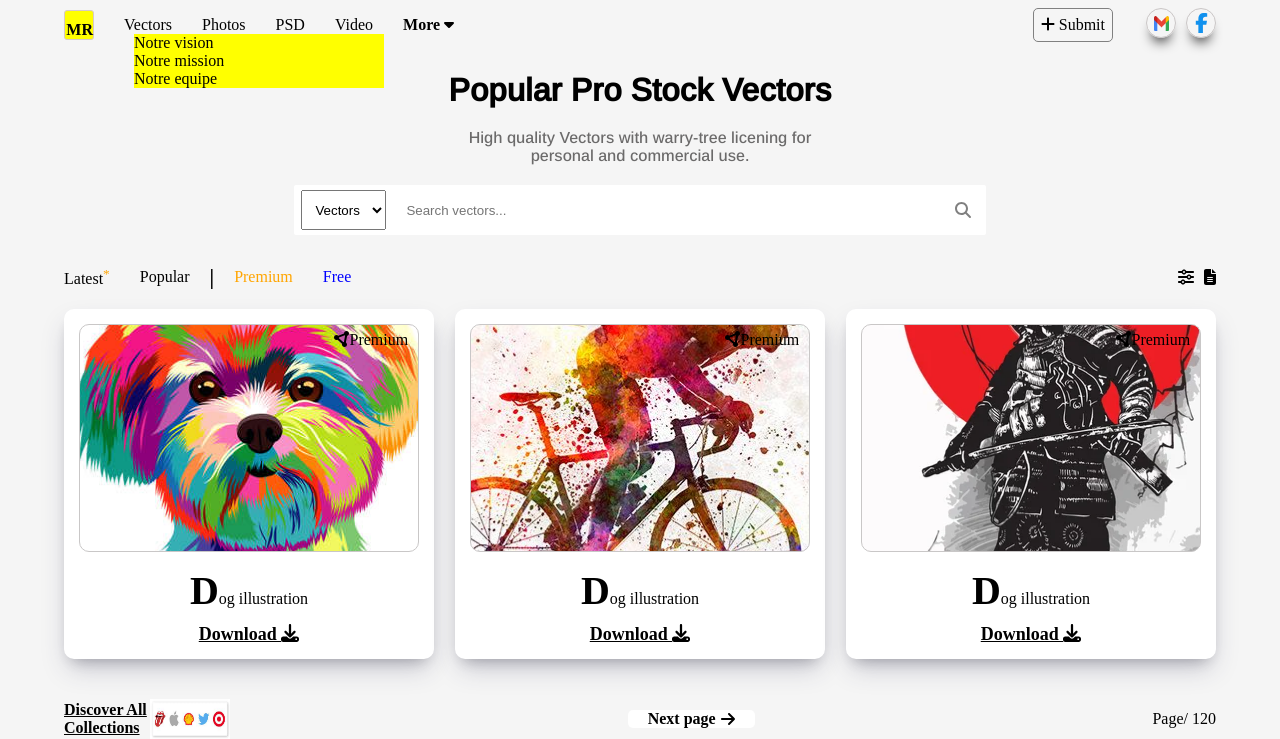
Repository: kegbaDev/VectorTemplate
Page: /
The author's editor kept a copy of each file at every save. The page is drawn from the files as they stood at one save, then again after the next save.
The browser window is 1280 px wide. The pictures show the whole page.
The project was rebuilt for these pictures with package versions that can differ from the ones it lists, and the page was loaded fresh each time. Also part of the build but not shown: vite.config.js.

Above is the page before, as saved 2023-04-14 01:49:21.

### index.html
<!DOCTYPE html>
<html lang="en">
  <head>
    <meta charset="UTF-8" />
    <link rel="icon" href="/favicon.ico" />
    <meta name="viewport" content="width=device-width, initial-scale=1.0" />
    <title>Vite App</title>
  </head>
  <body style="background-color: rgb(245, 245, 245)">
    <div id="app"></div>
    <script type="module" src="/src/main.js"></script>
  </body>
</html>

### src/main.js
import { createApp } from 'vue'
import App from './App.vue'

// fontawesome importation
import '@fortawesome/fontawesome-free/css/all.css'
import '@fortawesome/fontawesome-free/js/all.js'

createApp(App).mount('#app')

### src/App.vue
<template>
<div class="wrapper">
  <div class="navbar">
    <div class="left bounce">
      <div class="logo">MR</div>
      <ul>
        <li>
          Vectors
          <div class="sous_menu">
            <ul class="liens">
              <li class="lien">Notre vision</li>
              <li class="lien">Notre mission</li>
              <li class="lien">Notre equipe</li>
            </ul>
          </div>
        </li>
        <li>Photos</li>
        <li>PSD</li>
        <li>Video</li>
        <li><span class="more" >More</span><i class="fa-solid fa-caret-down"></i></li>
      </ul>
    </div>
    <div class="right">
      <div class="submit">
        <i class="fa-solid fa-plus"></i>
        Submit
      </div>
      <div class="logo_collection">
        <div class="logo_card">
          <img src="./assets/gmail-logo-16.png" alt="google-icon" width="15px" height="15px">
        </div>
        <div class="logo_card">
          <i class="fa-brands fa-facebook-f" style="color: #1191ee; width: 25px;height: 20px;"></i>
        </div>
      </div>
    </div>
  </div>


  <!-- Second component -->


  <div class="text_section">
    <h1 class="title slideInUp">Popular Pro Stock Vectors</h1>
    <p class="paragraph slideInUp">
      High quality Vectors with warry-tree licening for <br>
      personal and commercial use.
    </p>
    <div class="input_card slideInRight">
      <select name="" id="">
        <option value="value1">Vectors</option>
        <option value="value2">Vectors</option>
      </select>
      <input type="text" placeholder="Search vectors... ">
      <i class="fa-solid fa-magnifying-glass" style="color: grey; margin-right: 15px;"></i>
    </div>
  </div>

  <!-- Third component -->

  <div class="row">
    <div class="left-row">
      <ul>
        <li>Latest<sup style="color:orange">*</sup></li>
        <li>Popular</li>
      </ul>
      <span class="pipe">
        |
      </span>
      <ul>
        <li style="color:orange">Premium</li>
        <li style="color:blue">Free</li>
      </ul>
    </div>
    <div class="right-row">
      <i class="fa-solid fa-sliders"></i>
      <i class="fa-solid fa-file-lines"></i>
    </div>
  </div>

  <!-- Fourth component  -->

  <div class="card_content slideInUp">
    <div class="main_card">
      <div class="image_and_text_space">
        <i class="fa-solid fa-circle-nodes"></i>Premium
      </div>
      <p style="margin-bottom: 10px;"><span style="text-transform: uppercase; font-weight: bolder; font-size: 40px;">D</span>og illustration</p>
      <p class="download">Download <i class="fa-solid fa-download"></i></p>
    </div>
    <div class="main_card">
      <div class="image_and_text_space2">
        <i class="fa-solid fa-circle-nodes"></i>Premium
      </div>
      <p style="margin-bottom: 10px;"><span style="text-transform: uppercase; font-weight: bolder; font-size: 40px;">D</span>og illustration</p>
      <p class="download">Download <i class="fa-solid fa-download"></i></p>
    </div>
    <div class="main_card">
      <div class="image_and_text_space3">
        <!-- <img src="./assets/154416(1).svg" width="209px" height="300px" alt=""> -->
        <i class="fa-solid fa-circle-nodes"></i>Premium
      </div>
      <p style="margin-bottom: 10px;"><span style="text-transform: uppercase; font-weight: bolder; font-size: 40px;">D</span>og illustration</p>
      <p class="download">Download <i class="fa-solid fa-download"></i></p>
    </div>
    <!-- <div class="main_card">
      <div class="image_and_text_space">
        Premium
      </div>
      <p>Dog illustration</p>
      <p class="download">Download<i class="fa-solid fa-download"></i></p>
    </div>
    <div class="main_card">
      <div class="image_and_text_space">
        Premium
      </div>
      <p>Dog illustration</p>
      <p class="download">Download<i class="fa-solid fa-download"></i></p>
    </div> -->
  </div>

  <!-- Last component -->
  <div class="last_row">
    <div class="start">
      <div class="part">
        Discover All <br>
        Collections
      </div>
      <img src="./assets/imagesfinal.jpg" alt="" style="width: 80px; height: 40px;">
    </div>
    <div class="between">
      Next page <i class="fa-solid fa-arrow-right"></i>
    </div>
    <div class="end">
      Page/ 120
    </div>
  </div>
</div>




</template>

<script setup>

</script>


<style scoped>
@import url('https://fonts.googleapis.com/css2?family=Arimo:wght@500&display=swap');
.wrapper{
  height: 100vh;
  width: 90vw;
  margin:auto;
}
*{
  padding: 0px;
  margin: 0px;
  box-sizing: border-box;
  /* font-family: 'Arimo', sans-serif; */
}
.left{
  display: flex;
  align-items: center;
}

ul{
  list-style: none;
  display: flex;
  gap: 30px;
  margin-left: 30px;
}
ul li{
  cursor: pointer;
}
.more{
  font-weight: bolder;
  padding-right: 4px;
}
.logo{
  width: 30px;
  height: 30px;
  border: 1px solid rgb(214, 201, 201);
  background-color: yellow;
  font-weight: bolder;
  display: flex;
  justify-content: end;
  align-items: end;
  border-radius: 3px;
  cursor: pointer;
}
.navbar{
  display: flex;
  justify-content: space-between;
}
.right{
  display: flex;
  gap: 3px;
}
.submit{
  border: 1px solid gray;
  padding: 7px;
  margin-right: 30px;
  border-radius: 5px;
  background-color: rgba(234, 233, 233, 0.03);
  cursor: pointer;
  transition: all 400ms ease-in-out;
}
.submit:hover{
  background-color: yellow;
  /* font-weight: bolder; */
  scale: 1.1;
}
.logo_collection{
  display: flex;
  gap: 10px;
}
.logo_card{
  width: 30px;
  height: 30px;
  border: 1px solid black;
  display: flex;
  align-items: center;
  justify-content: center;
  border-radius: 50%;
  border-color: rgb(202, 198, 198);
  -webkit-box-shadow: 0px 10px 13px -7px #000000, -2px -2px 15px 6px rgba(26,17,18,0);
  box-shadow: 0px 10px 13px -7px #000000, -2px -2px 15px 6px rgba(26,17,18,0);
  cursor: pointer;transition: all 300ms ease-in-out;

}
.logo_card:hover{
  -webkit-box-shadow: 0px 10px 13px -7px #000000, -2px -2px 15px 6px rgba(26,17,18,0);
  box-shadow: 0px 10px 13px -7px #000000, -2px -2px 15px 6px rgba(26,17,18,0);
  scale: 1.2;

}

              /* Menu deroulant */
.sous_menu .liens{
  position: absolute;
  display: block;
  background-color: yellow;
  width: 250px;
  margin-left: 10px;
}

              /* Menu deroulant */

/* Second composant */

.text_section{
  margin: 30px auto;
  text-align: center;
}
.title{
  font-family: 'Arimo', sans-serif;
  margin-bottom: 20px;
}
.paragraph{
  font-family: 'Arimo', sans-serif;
  margin-bottom: 20px;
  color: rgb(107, 106, 106);
}
.input_card{
  width: 60%;
  height: 50px;
  background-color: white;
  margin: auto;
  display: flex;
  align-items: center;
  border-radius: 2px;
}
input{
  width: 100%;
  padding-left: 20px;
  border: none;
}
input, select{
  height: 40px;
}
select{
  padding: 9px;
  margin-left: 7px;
}

/* Third component */
.row{
  display: flex;
  justify-content: space-between;
  margin-bottom: 20px;
}
.left-row ul{
  margin: 0px;
  padding: 0px;
  display: flex;
  align-items: center;
}
.left-row, .right-row{
  display: flex;
  align-items: center;
}
.pipe{
  margin: 0px 20px;
}

.pipe{
  font-weight: bolder;
  font-size: 1.3em;
}
.right-row{
  gap: 10px;
}

/* Fourth component */

.card_content{
  display: flex;
  justify-content: space-between;
}
.main_card{
  min-width: 370px;
  min-height: 350px;
  /* border: 1px solid black; */
  border-radius: 10px;
  background-color: white;
  box-shadow: rgba(50, 50, 93, 0.25) 0px 13px 27px -5px, rgba(0, 0, 0, 0.3) 0px 8px 16px -8px;
  padding-bottom: 25px;
  cursor: pointer;
  transition: all 400ms ease-in-out;
}
.main_card:hover{
  scale: 1.02;
}
.main_card p{
  text-align: center;
}
.download{
  font-weight: bolder;
  text-decoration: underline;
  font-size: large;
}
.image_and_text_space{
  padding-top: 6px;
  padding-right: 10px;
  text-align: end;
  height: 70%;
  width: 92%;
  border: 1px solid rgb(201, 199, 199);
  border-radius: 10px;
  margin: 15px auto;
  background-image: url(./assets/chien_color.jpg);
  background-repeat: no-repeat;
  background-position: center;
}
.image_and_text_space2{
  background-image: url(./assets/velo.jpg) !important;
  padding-top: 6px;
  padding-right: 10px;
  text-align: end;
  height: 70%;
  width: 92%;
  border: 1px solid rgb(201, 199, 199);
  border-radius: 10px;
  margin: 15px auto;
  background-repeat: no-repeat;
  background-position: center;
}
.image_and_text_space3{
  background-image: url(./assets/sa.webp) !important;
  padding-top: 6px;
  padding-right: 10px;
  text-align: end;
  height: 70%;
  width: 92%;
  border: 1px solid rgb(201, 199, 199);
  border-radius: 10px;
  margin: 15px auto;
  background-repeat: no-repeat;
  /* object-fit: contain; */
  background-position: center;
}

/* Animation */

.bounce {
  -webkit-animation-name: bounce;
  animation-name: bounce;
  -webkit-transform-origin: center bottom;
  -ms-transform-origin: center bottom;
  transform-origin: center bottom;
  -webkit-animation-duration: 1s;
  animation-duration: 1s;
  -webkit-animation-fill-mode: both;
  animation-fill-mode: both;
  }
  @-webkit-keyframes bounce {
  0%, 20%, 53%, 80%, 100% {
  -webkit-transition-timing-function: cubic-bezier(0.215, 0.610, 0.355, 1.000);
  transition-timing-function: cubic-bezier(0.215, 0.610, 0.355, 1.000);
  -webkit-transform: translate3d(0,0,0);
  transform: translate3d(0,0,0);
  }
  40%, 43% {
  -webkit-transition-timing-function: cubic-bezier(0.755, 0.050, 0.855, 0.060);
  transition-timing-function: cubic-bezier(0.755, 0.050, 0.855, 0.060);
  -webkit-transform: translate3d(0, -30px, 0);
  transform: translate3d(0, -30px, 0);
  }
  70% {
  -webkit-transition-timing-function: cubic-bezier(0.755, 0.050, 0.855, 0.060);
  transition-timing-function: cubic-bezier(0.755, 0.050, 0.855, 0.060);
  -webkit-transform: translate3d(0, -15px, 0);
  transform: translate3d(0, -15px, 0);
  }
  90% {
  -webkit-transform: translate3d(0,-4px,0);
  transform: translate3d(0,-4px,0);
  }
  }

  @keyframes bounce {
  0%, 20%, 53%, 80%, 100% {
  -webkit-transition-timing-function: cubic-bezier(0.215, 0.610, 0.355, 1.000);
  transition-timing-function: cubic-bezier(0.215, 0.610, 0.355, 1.000);
  -webkit-transform: translate3d(0,0,0);
  transform: translate3d(0,0,0);
  }
  40%, 43% {
  -webkit-transition-timing-function: cubic-bezier(0.755, 0.050, 0.855, 0.060);
  transition-timing-function: cubic-bezier(0.755, 0.050, 0.855, 0.060);
  -webkit-transform: translate3d(0, -30px, 0);
  transform: translate3d(0, -30px, 0);
  }
  70% {
  -webkit-transition-timing-function: cubic-bezier(0.755, 0.050, 0.855, 0.060);
  transition-timing-function: cubic-bezier(0.755, 0.050, 0.855, 0.060);
  -webkit-transform: translate3d(0, -15px, 0);
  transform: translate3d(0, -15px, 0);
  }
  90% { -webkit-transform: translate3d(0,-4px,0); transform: translate3d(0,-4px,0);
  }
}
.slideInUp {
  -webkit-animation-name: slideInUp;
  animation-name: slideInUp;
  -webkit-animation-duration: 1s;
  animation-duration: 1s;
  -webkit-animation-fill-mode: both;
  animation-fill-mode: both;
  }
  @-webkit-keyframes slideInUp {
  0% {
  -webkit-transform: translateY(100%);
  transform: translateY(100%);
  visibility: visible;
  }
  100% {
  -webkit-transform: translateY(0);
  transform: translateY(0);
  }
  }
  @keyframes slideInUp {
  0% {
  -webkit-transform: translateY(100%);
  transform: translateY(100%);
  visibility: visible;
  }
  100% {
  -webkit-transform: translateY(0);
  transform: translateY(0);
  }
}

.slideInRight {
  -webkit-animation-name: slideInRight;
  animation-name: slideInRight;
  -webkit-animation-duration: 1s;
  animation-duration: 1s;
  -webkit-animation-fill-mode: both;
  animation-fill-mode: both;
  }
  @-webkit-keyframes slideInRight {
  0% {
  -webkit-transform: translateX(100%);
  transform: translateX(100%);
  visibility: visible;
  }
  100% {
  -webkit-transform: translateX(0);
  transform: translateX(0);
  }
  }
  @keyframes slideInRight {
  0% {
  -webkit-transform: translateX(100%);
  transform: translateX(100%);
  visibility: visible;
  }
  100% {
  -webkit-transform: translateX(0);
  transform: translateX(0);
  }
  }

.slideInUp {
  -webkit-animation-name: slideInUp;
  animation-name: slideInUp;
  -webkit-animation-duration: 1s;
  animation-duration: 1s;
  -webkit-animation-fill-mode: both;
  animation-fill-mode: both;
  }
  @-webkit-keyframes slideInUp {
  0% {
  -webkit-transform: translateY(100%);
  transform: translateY(100%);
  visibility: visible;
  }
  100% {
  -webkit-transform: translateY(0);
  transform: translateY(0);
  }
  }
  @keyframes slideInUp {
  0% {
  -webkit-transform: translateY(100%);
  transform: translateY(100%);
  visibility: visible;
  }
  100% {
  -webkit-transform: translateY(0);
  transform: translateY(0);
  }
}

/* Animation */

/* last component */

.last_row{
  margin-top: 40px;
  margin-bottom: 40px;
  display: flex;
  justify-content: space-between;
  align-items: center;
}
.between{
  font-weight: bolder;
  padding: 0px 20px;
  background-color: white;
  border-radius: 5px;
  display: flex;
  justify-content: center;
  align-items: center;
  gap: 5px;
}
.start{
  display: flex;
  align-items: center;
  gap: 3px;
  text-decoration: underline;
  font-weight: bold;
}
</style>

After the next save:
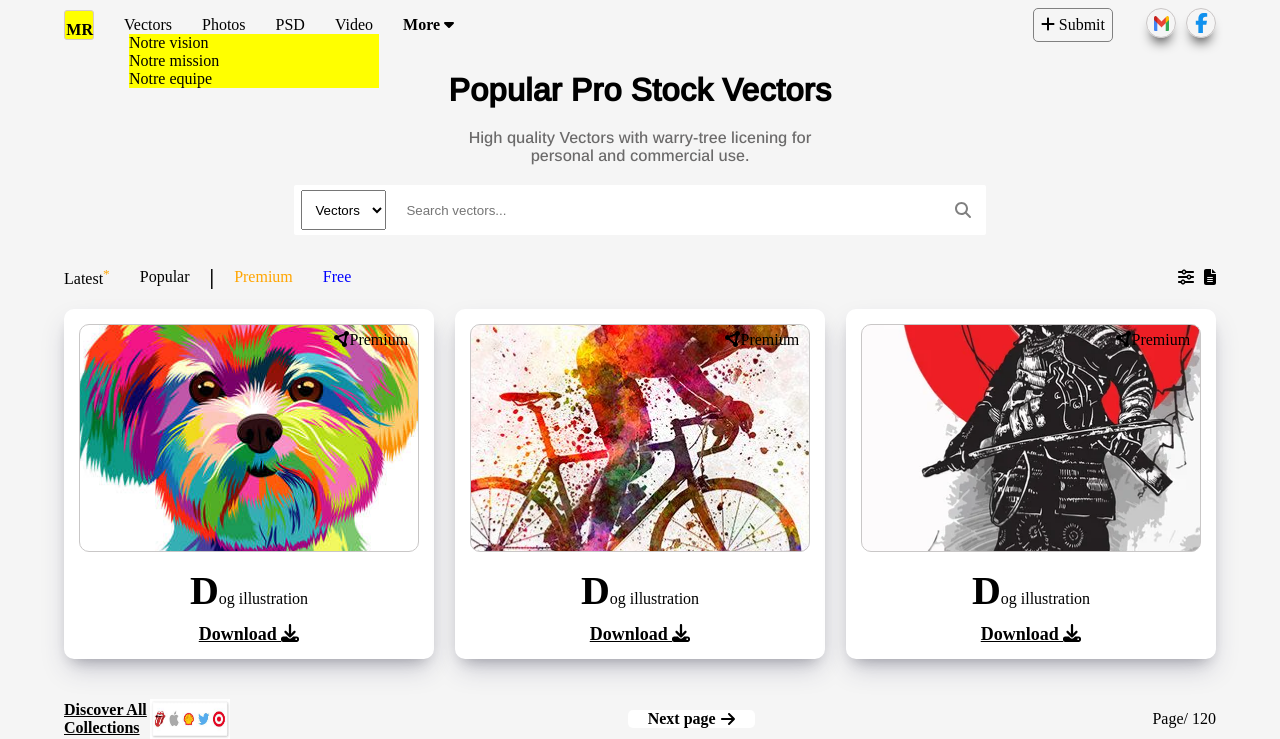
Saved 10 s later.
--- a/src/App.vue
+++ b/src/App.vue
@@ -243,7 +243,7 @@ ul li{
   display: block;
   background-color: yellow;
   width: 250px;
-  margin-left: 10px;
+  margin-left: 5px;
 }
 
               /* Menu deroulant */
